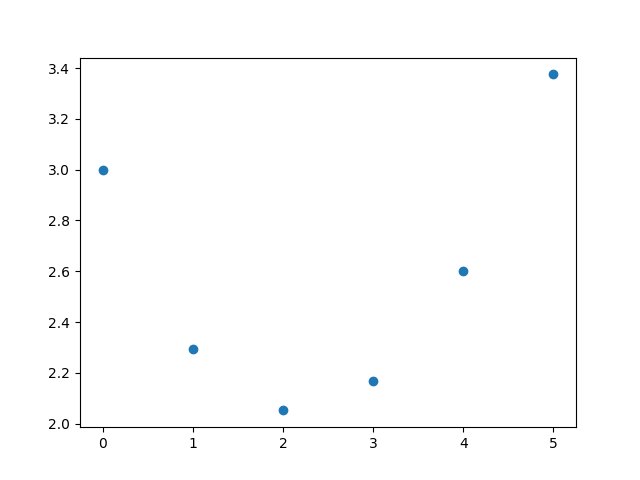
Repository: AyresNishio/Metodos_Numericos_Python
Script's output: python Cap9/Rk4.py
An editor plug-in stored every save of this project. The script's output is shown before and after the next save, followed by the edit.
Random numbers start from a fixed seed.

Above is the script's output before, as saved 2021-09-18 13:47:01.

### Cap9/Rk4.py
import numpy as np
import matplotlib.pyplot as plt

def func(x,y):
    dy_dx = (1/2)*np.exp(x/3) - (1/2)*y #Exemplo 9.2
    return dy_dx

def rk4(y0,x0,h,I):
    n =  (I[1] - I[0])/h
    x= []
    y= []
    x.append(x0)
    y.append(y0)
    print(f"y{0} = {y0}")
    for i in range(int(n)):
        k1= func(x0,y0)
        k2= func(x0 + (1/2)*h, y0 + (1/2)*k1*h)
        k3= func(x0 + (1/2)*h, y0 + (1/2)*k2*h)
        k4= func(x0 + h, y0 + k3*h)
        kmedia = (k1 + 2*k2 + 2*k3 + k4)/6
        yk = y0 + kmedia*h
        print(f"y{i+1} = {yk}")
        y0 = yk
        x0 = x0 + h
        x.append(x0)
        y.append(y0)

    plt.scatter(x, y)
    plt.show()
    return


if __name__ == '__main__':
    #Pvi
    y0= 3
    x0= 0
    #intervalo
    I = [0,5]
    # Passo
    # num_sub_int = 4
    h = 1
    # h = (I[1] - I[0])/num_sub_int
    rk4(y0,x0,h,I)

After the next save:
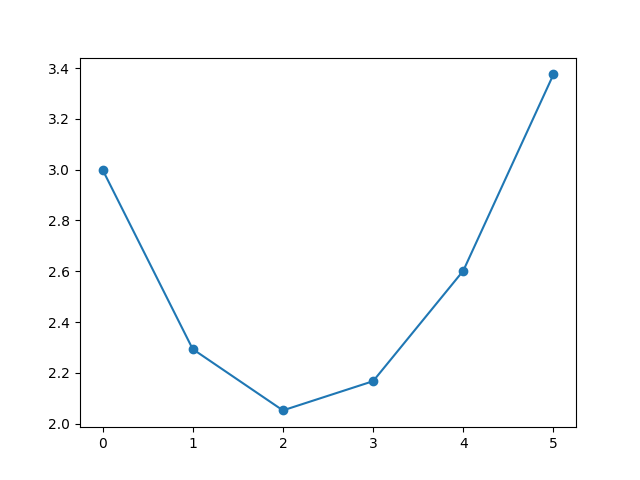
Saved 4 min 34 s later.
--- a/Cap9/Rk4.py
+++ b/Cap9/Rk4.py
@@ -25,7 +25,7 @@ def rk4(y0,x0,h,I):
         x.append(x0)
         y.append(y0)
 
-    plt.scatter(x, y)
+    plt.plot(x, y, marker = 'o')
     plt.show()
     return
 
